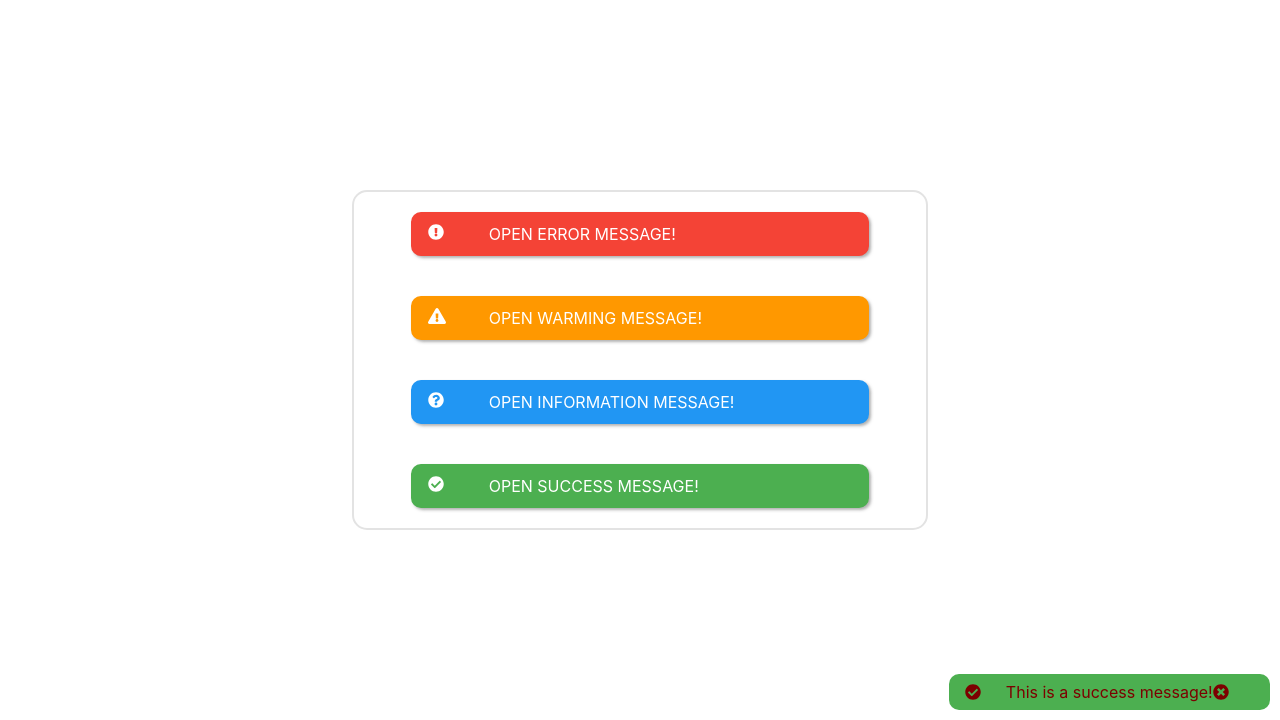
Repository: KrzysKolo/sr_tydzien5_zad2
Page: /, after clicking the first element matching `div.wrapper--btn > :nth-child(4)`
These files come from the project's save history. The page is drawn as it stood at one moment and after the next save; the edit follows.
The browser window is 1280 px wide. The pictures show the whole page.
The project was rebuilt for these pictures with package versions that can differ from the ones it lists, and the page was loaded fresh each time.

Above is the page before, as saved 2020-12-28 04:52:08.

After the next save:
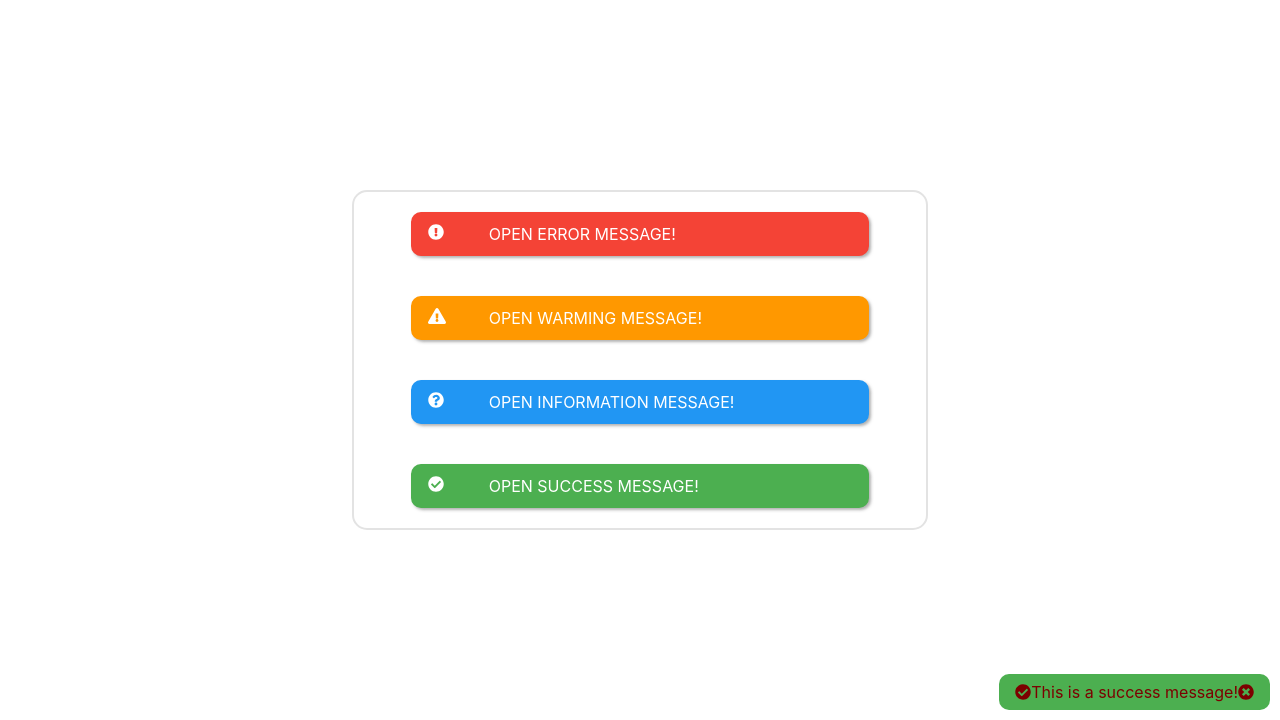
Saved 5 min 45 s later.
--- a/src/App.css
+++ b/src/App.css
@@ -36,8 +36,9 @@ body {
   font-size: 1rem;
   padding: 10px 16px;
   border-radius: 10px;
-  display: grid;
-  grid-template-columns: 0.5fr 2.5fr 0.5fr;
+  display: flex;
+  flex-direction: row;
+  justify-content: space-around;
   line-height: 1rem;
   text-align: center;
 }
